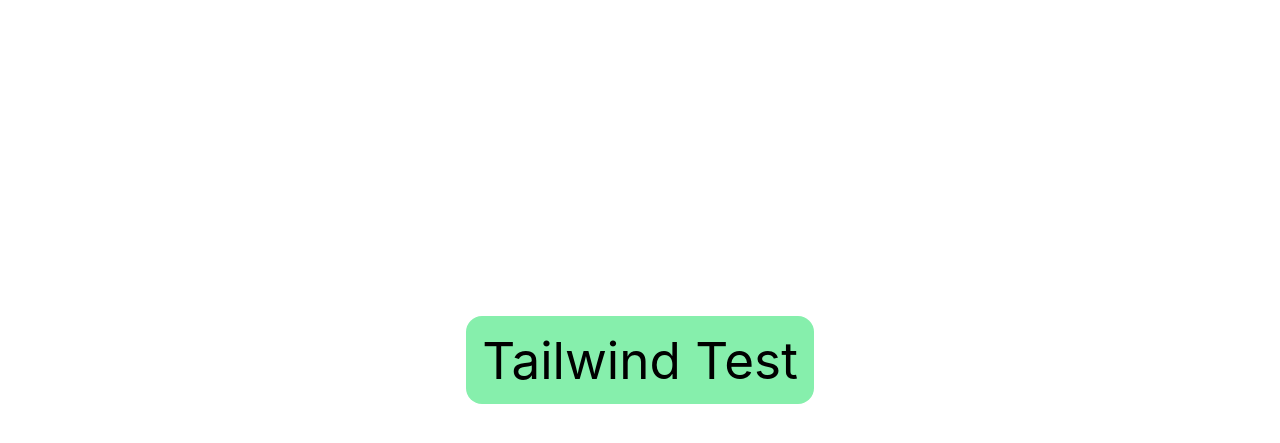
Repository: Adarshjeet0/ReactJs
Page: / (app in 03tailwindprops/)
The author's editor kept a copy of each file at every save. The page is drawn from the files as they stood at one save, then again after the next save.
The browser window is 1280 px wide. The pictures show the whole page.
The project was rebuilt for these pictures with package versions that can differ from the ones it lists, and the page was loaded fresh each time. Also part of the build but not shown: 03tailwindprops/vite.config.js.

Above is the page before, as saved 2024-11-30 22:44:36.

### 03tailwindprops/src/App.jsx
import { useState } from 'react'
import reactLogo from './assets/react.svg'
import viteLogo from '/vite.svg'
import './App.css'

function App() {
  const [count, setCount] = useState(0)

  return (
    <>
      <h1 className="bg-green-300 p-4 rounded-2xl text-black">Tailwind Test</h1>
    </>
  )
}

export default App

Loaded but not shown: 03tailwindprops/index.html (common file); 03tailwindprops/src/main.jsx (common file); 03tailwindprops/src/index.css (common file); 03tailwindprops/src/App.css (common file); 03tailwindprops/tailwind.config.js (common file)

After the next save:
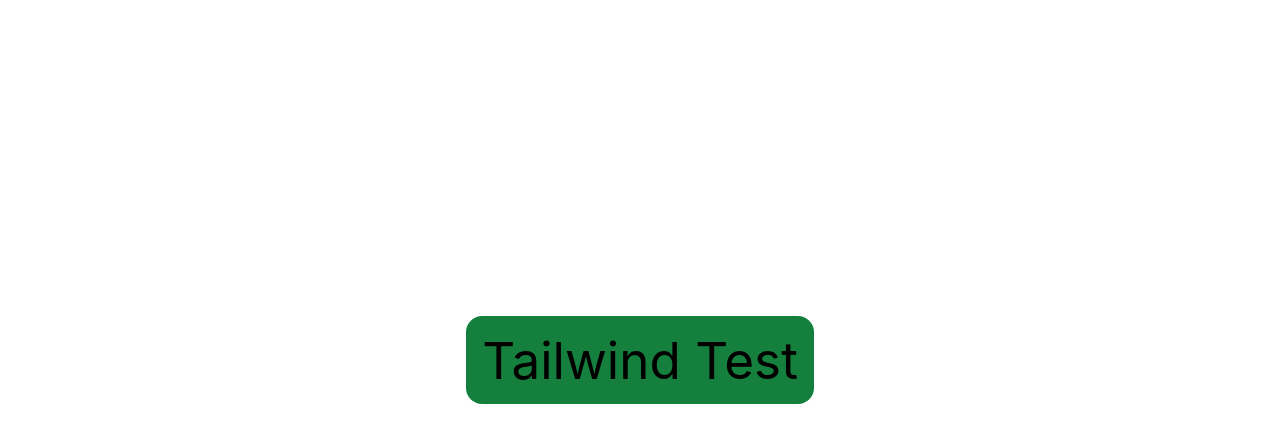
Saved 7 s later.
--- a/03tailwindprops/src/App.jsx
+++ b/03tailwindprops/src/App.jsx
@@ -8,7 +8,7 @@
 
   return (
     <>
-      <h1 className="bg-green-300 p-4 rounded-2xl text-black">Tailwind Test</h1>
+      <h1 className="bg-green-700 p-4 rounded-2xl text-black">Tailwind Test</h1>
     </>
   )
 }
